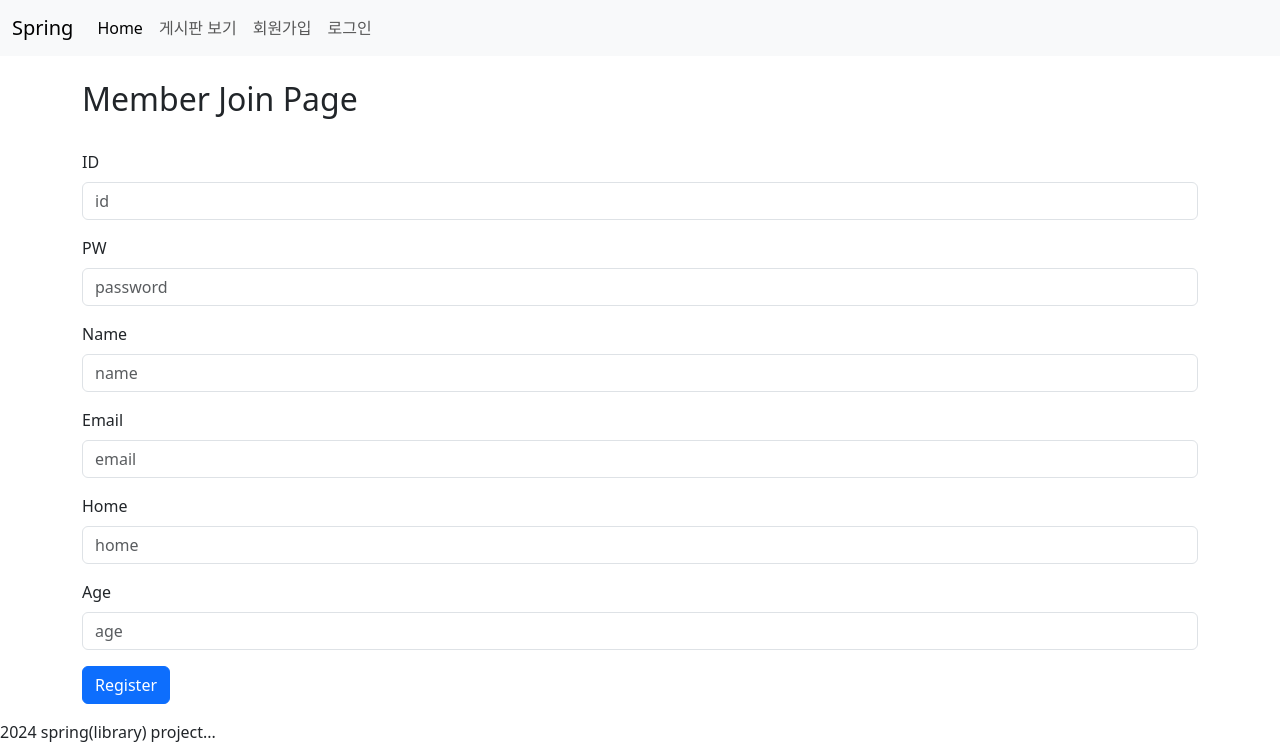
Repository: budflower44/Spring
Page: http://localhost/spring_test2/WEB-INF/views/member/register.jsp
An editor plug-in stored every save of this project. The page is shown before and after a run of saves, followed by the edit.
The browser window is 1280 px wide. The pictures show the whole page.
The page is served by Tomcat 9. Nobody is signed in. Other server files are loaded and not shown. The template is opened directly, without the code that normally fills it, so the values that code supplies are empty.

Above is the page before, as saved 2024-01-12 05:47:45.
Console error: TypeError: Cannot read properties of null (reading 'addEventListener')

### spring_test2/src/main/webapp/WEB-INF/views/member/register.jsp
<%@ page language="java" contentType="text/html; charset=UTF-8"
	    pageEncoding="UTF-8"%>
	<%@ taglib uri="http://java.sun.com/jsp/jstl/core" prefix="c"%>
<jsp:include page="../layout/header.jsp"></jsp:include>

<script src="https://cdn.jsdelivr.net/npm/bootstrap@5.3.1/dist/js/bootstrap.bundle.min.js" integrity="sha384-HwwvtgBNo3bZJJLYd8oVXjrBZt8cqVSpeBNS5n7C8IVInixGAoxmnlMuBnhbgrkm" crossorigin="anonymous"></script>

<div class="container-md">
	<br>
	<h2>Member Join Page</h2>
	<br>
	<form action="/member/register" method="post">
		<div class="mb-3">
			<label for="id" class="form-label">ID</label> <input type="text"
				name="id" class="form-control" id="id" placeholder="id">
		</div>
		<div class="mb-3">
			<label for="pw" class="form-label">PW</label> <input type="password"
				name="pw" class="form-control" id="pw" placeholder="password">
		</div>
		<div class="mb-3">
			<label for="name" class="form-label">Name</label> <input type="text"
				name="name" class="form-control" id="name" placeholder="name">
		</div>
		<div class="mb-3">
			<label for="email" class="form-label">Email</label> <input
				type="email" name="email" class="form-control" id="email"
				placeholder="email">
		</div>
		<div class="mb-3">
			<label for="home" class="form-label">Home</label> <input type="text"
				name="home" class="form-control" id="home" placeholder="home">
		</div>
		<div class="mb-3">
			<label for="age" class="form-label">Age</label> <input type="number"
				name="age" class="form-control" id="age" placeholder="age">
		</div>
		<button type="submit" class="btn btn-primary">Register</button>
	</form>
</div>

<jsp:include page="../layout/footer.jsp"></jsp:include>

### spring_test2/src/main/webapp/WEB-INF/views/layout/header.jsp
<%@ page language="java" contentType="text/html; charset=UTF-8"
	    pageEncoding="UTF-8"%>
	<%@ taglib uri="http://java.sun.com/jsp/jstl/core" prefix="c"%>
	<%@ taglib uri="http://www.springframework.org/security/tags" prefix="sec" %>
	<link href="https://cdn.jsdelivr.net/npm/bootstrap@5.3.1/dist/css/bootstrap.min.css" rel="stylesheet" integrity="sha384-4bw+/aepP/YC94hEpVNVgiZdgIC5+VKNBQNGCHeKRQN+PtmoHDEXuppvnDJzQIu9" crossorigin="anonymous">
	<script src="https://cdn.jsdelivr.net/npm/bootstrap@5.3.1/dist/js/bootstrap.bundle.min.js" integrity="sha384-HwwvtgBNo3bZJJLYd8oVXjrBZt8cqVSpeBNS5n7C8IVInixGAoxmnlMuBnhbgrkm" crossorigin="anonymous"></script>
	<link rel="stylesheet" href="https://cdn.jsdelivr.net/npm/bootstrap-icons@1.10.5/font/bootstrap-icons.css">
	<!DOCTYPE html>
	<html>
	<head>
	<meta charset="UTF-8">
	<title>Insert title here</title>
	</head>
	<body>

	<nav class="navbar navbar-expand-lg bg-body-tertiary">
	  <div class="container-fluid">
	    <a class="navbar-brand" href="/">Spring</a>
	    <button class="navbar-toggler" type="button" data-bs-toggle="collapse" data-bs-target="#navbarSupportedContent" aria-controls="navbarSupportedContent" aria-expanded="false" aria-label="Toggle navigation">
	      <span class="navbar-toggler-icon"></span>
	    </button>
	    <div class="collapse navbar-collapse" id="navbarSupportedContent">
	      <ul class="navbar-nav me-auto mb-2 mb-lg-0">
	        <li class="nav-item">
	          <a class="nav-link active" aria-current="page" href="/">Home</a>
	        </li>

	        <li class="nav-item">
	          <a class="nav-link" href="/board/list">게시판 보기</a>
	        </li>


	        <!-- 현재 인증한 사용자의 정보를 가져와서 해당 권한이 있는지 확인 -->
	        <!-- 현재 사용자의 정보는 principal에 저장되어 있음 -->
	        <!-- anyMath() : stream 매칭 메서드 (최소한 1개의 요소가 주어진 조건에 맞는지 조사) -->
	        <sec:authorize access="isAuthenticated()">
	        <sec:authentication property="principal.mvo.email" var="authEmail"/>
	        <sec:authentication property="principal.mvo.nickName" var="authNick"/>
	        <sec:authentication property="principal.mvo.authList" var="auths"/>

	        <li class="nav-item">
	          <a class="nav-link" href="/board/register">게시판 글쓰기</a>
	        </li>

	        <c:choose>
	        	<c:when test="${auths.stream().anyMatch(authVO -> authVO.auth.equals('ROLE_ADMIN')).get() }">
	        		<li class="nav-item">
	          			<a class="nav-link" href="/member/list">회원리스트 ${authNick }(${authEmail }/ADMIN)</a>
	        		</li>
	        		<li class="nav-item">
	          			<a class="nav-link" href="/member/modify">회원정보 수정 ${authNick }(${authEmail })</a>
	        		</li>
	        	</c:when>
	        	<c:otherwise>
	        		<li class="nav-item">
	          			<a class="nav-link" href="/member/modify">회원정보 수정 ${authNick }(${authEmail })</a>
	        		</li>
	        	</c:otherwise>
	        </c:choose>

	        <li class="nav-item">
	          <a class="nav-link" href="" id="logoutLink">로그아웃</a>
	        </li>

	        <form action="/member/logout" method="post" id="logoutForm">
	        	<!-- 인증된(로그인한 계정의) 이메일 -->
	        	<input type="hidden" name="email" value="${authEmail }">
	        </form>

	        </sec:authorize>

			<sec:authorize access="isAnonymous()">
			<li class="nav-item">
	          <a class="nav-link" href="/member/register">회원가입</a>
	        </li>
	        <li class="nav-item">
	          <a class="nav-link" href="/member/login">로그인</a>
	        </li>
	        </sec:authorize>

	      </ul>
	    </div>
	  </div>
	</nav>

	<script type="text/javascript">
		document.getElementById('logoutLink').addEventListener('click', (e)=>{
	    	//원래 기능 실행하지 마
	    	e.preventDefault();
	    	document.getElementById('logoutForm').submit();
		})
	</script>

### spring_test2/src/main/webapp/WEB-INF/views/layout/footer.jsp
<div>
2024 spring(library) project...
</div>

</body>
</html>

After the next 2 saves:
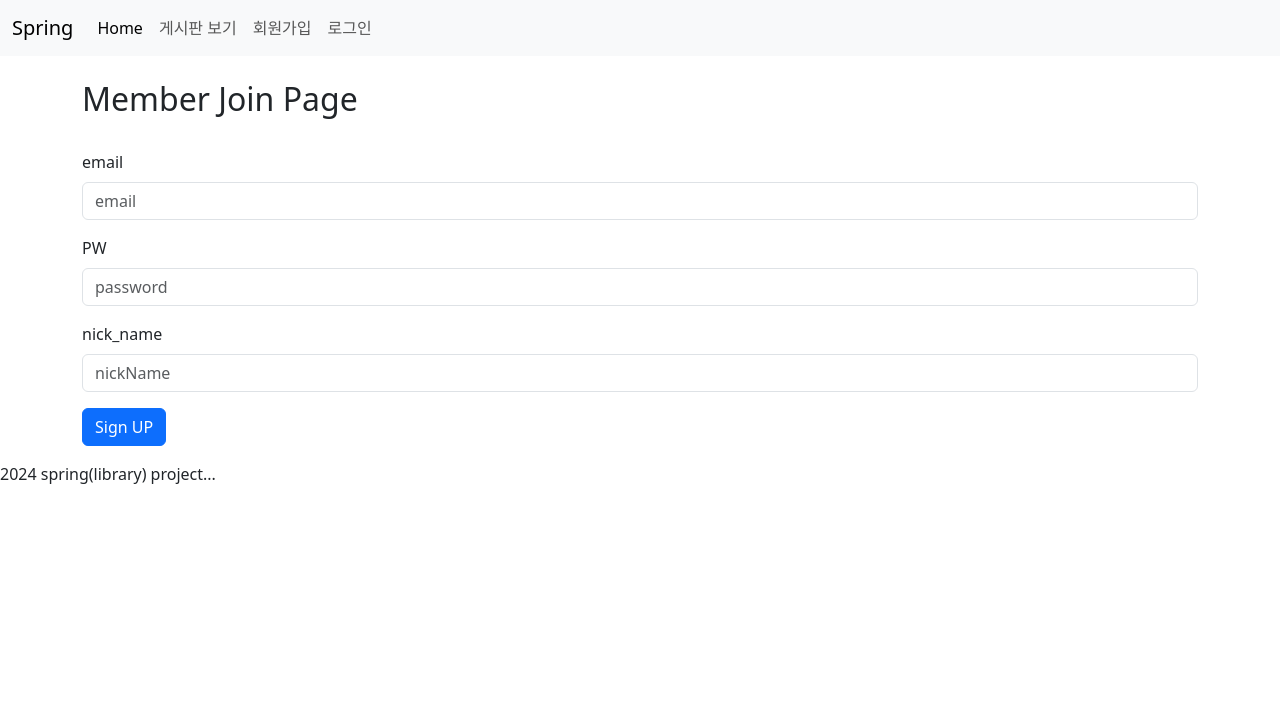
The 2 saves are shown as one change because they came seconds apart.
The last was saved 2 min 2 s later.
--- a/spring_test2/src/main/webapp/WEB-INF/views/member/register.jsp
+++ b/spring_test2/src/main/webapp/WEB-INF/views/member/register.jsp
@@ -11,31 +11,18 @@
 	<br>
 	<form action="/member/register" method="post">
 		<div class="mb-3">
-			<label for="id" class="form-label">ID</label> <input type="text"
-				name="id" class="form-control" id="id" placeholder="id">
+			<label for="email" class="form-label">email</label> <input type="text"
+				name="email" class="form-control" id="email" placeholder="email">
 		</div>
 		<div class="mb-3">
-			<label for="pw" class="form-label">PW</label> <input type="password"
-				name="pw" class="form-control" id="pw" placeholder="password">
+			<label for="pwd" class="form-label">PW</label> <input type="password"
+				name="pwd" class="form-control" id="pwd" placeholder="password">
 		</div>
 		<div class="mb-3">
-			<label for="name" class="form-label">Name</label> <input type="text"
-				name="name" class="form-control" id="name" placeholder="name">
+			<label for="nickName" class="form-label">nick_name</label> <input type="text"
+				name="nickName" class="form-control" id="nickName" placeholder="nickName">
 		</div>
-		<div class="mb-3">
-			<label for="email" class="form-label">Email</label> <input
-				type="email" name="email" class="form-control" id="email"
-				placeholder="email">
-		</div>
-		<div class="mb-3">
-			<label for="home" class="form-label">Home</label> <input type="text"
-				name="home" class="form-control" id="home" placeholder="home">
-		</div>
-		<div class="mb-3">
-			<label for="age" class="form-label">Age</label> <input type="number"
-				name="age" class="form-control" id="age" placeholder="age">
-		</div>
-		<button type="submit" class="btn btn-primary">Register</button>
+		<button type="submit" class="btn btn-primary">Sign UP</button>
 	</form>
 </div>
 
